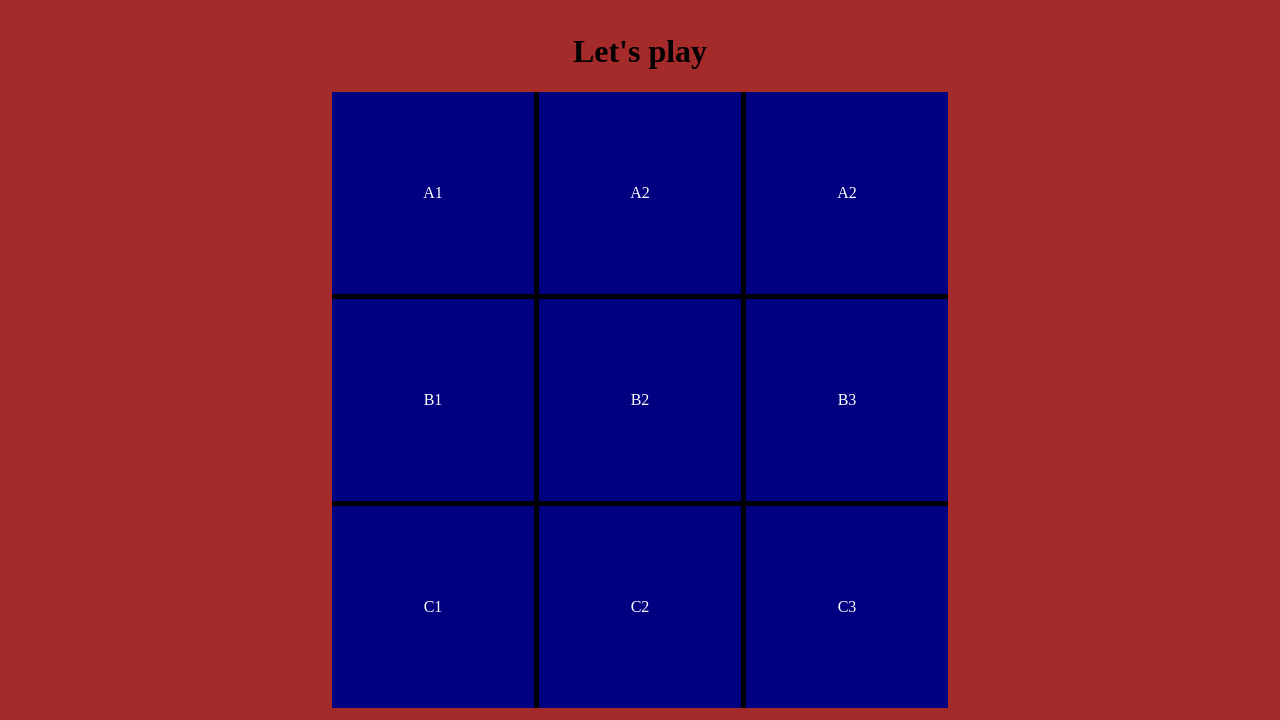
Repository: anas-essaguiar/epita.advancedWeb
Page: tictatoe/index.html
These files come from the project's save history. The page is drawn as it stood at one moment and after the next save; the edit follows.
The browser window is 1280 px wide. The pictures show the whole page.

Above is the page before, as saved 2021-04-14 15:05:30.

After the next save:
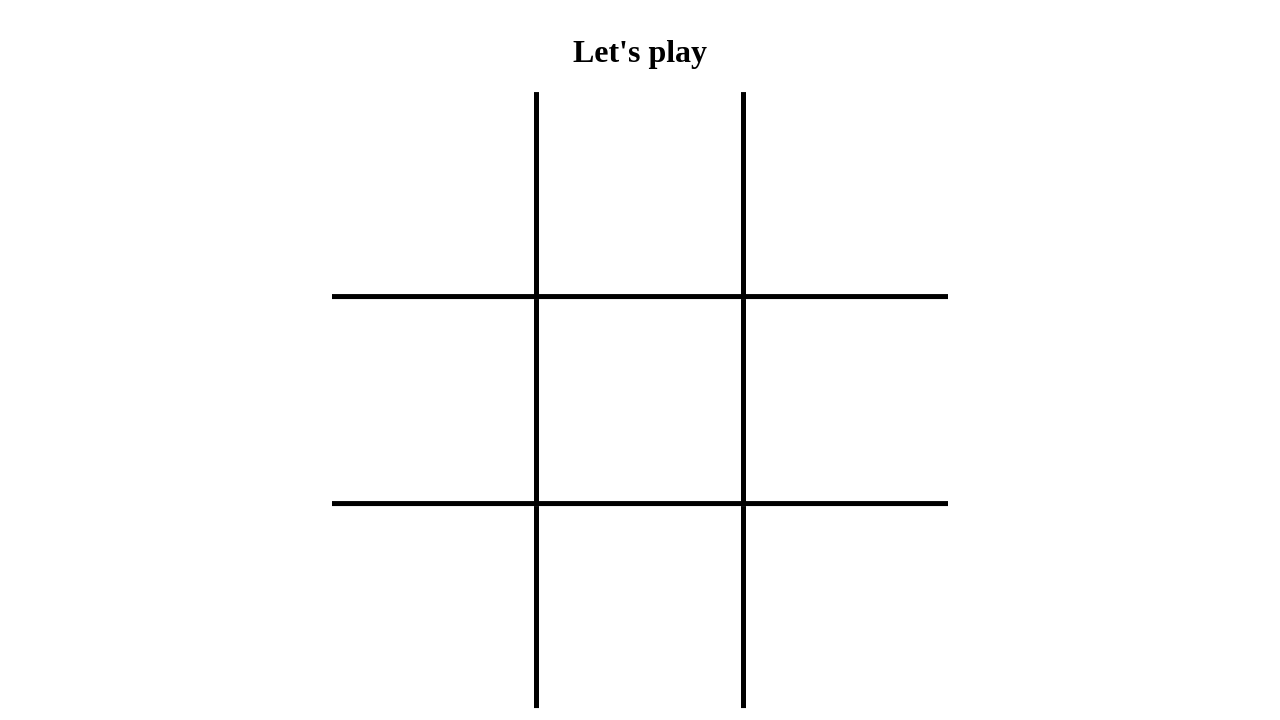
Saved 48 s later.
--- a/tictatoe/style.css
+++ b/tictatoe/style.css
@@ -1,6 +1,4 @@
-body{
-background-color: brown;
-}
+
 .col{
     border: 5px solid black;
     width: 200px;
@@ -13,7 +11,6 @@ background-color: brown;
 #table1 {
     border-collapse: collapse;
     border-style: hidden;
-    background: navy;
     color: white;
     border-spacing: 10px;
     border-collapse: collapse;
